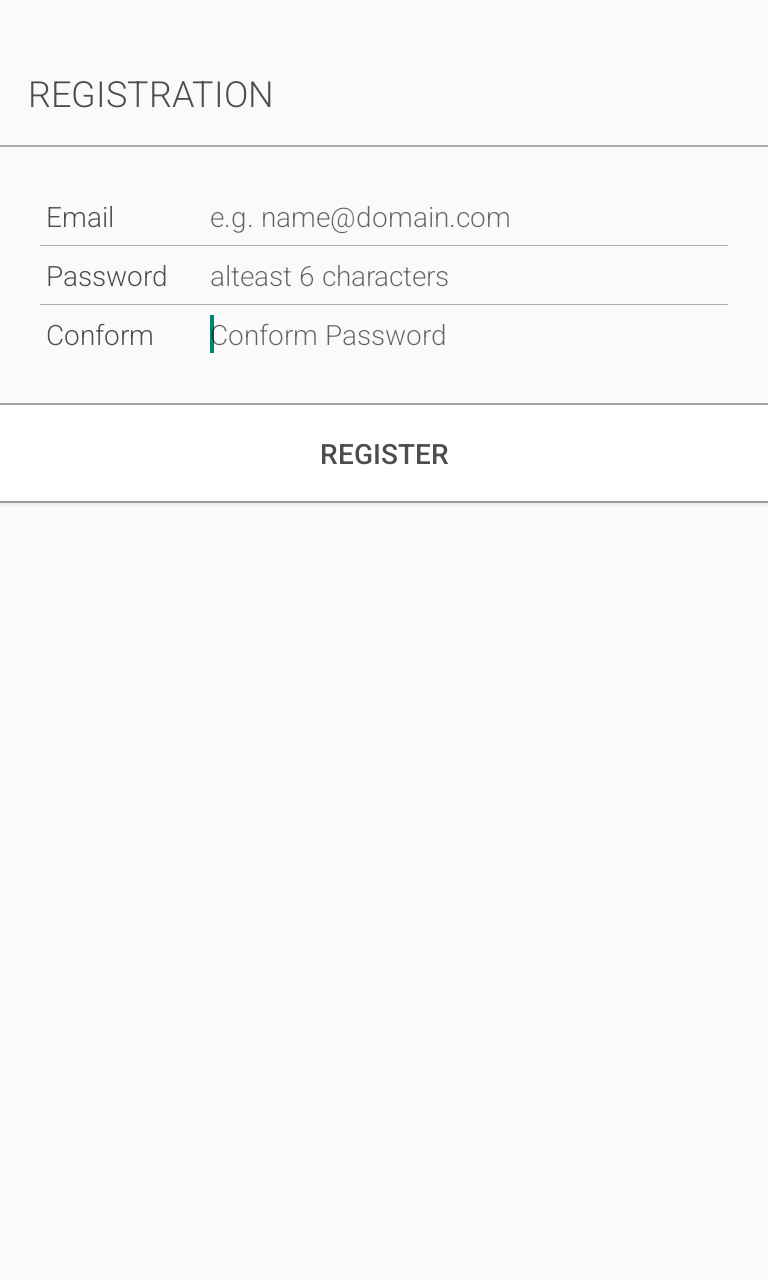
Repository: lMayuraDevani/BrentBrown
Layout: BrentBrown/res/layout/register.xml
An editor plug-in stored every save of this project. The layout is shown before and after the next save, followed by the edit.
It is drawn on a 768 x 1280 px phone screen (xhdpi) without system bars, with theme AppTheme; the app's code is not run.

Above is the layout before, as saved 2014-11-12 09:48:36.

### BrentBrown/res/layout/register.xml
<?xml version="1.0" encoding="utf-8"?>
<LinearLayout xmlns:android="http://schemas.android.com/apk/res/android"
    android:layout_width="match_parent"
    android:layout_height="match_parent"
    android:orientation="vertical" >


    <TextView
        android:id="@+id/textView1"
        android:layout_width="wrap_content"
        android:layout_height="wrap_content"
        android:layout_marginTop="20dp"
        android:padding="14dp"
        android:text="@string/registration_lable"
        android:textColor="@color/dark_gray_for_front"
        android:fontFamily="sans-serif-light"
        android:textAppearance="?android:attr/textAppearanceMedium" />


    <View
	   android:layout_width="fill_parent"
	   android:layout_height="1dp"
	   android:background="@android:color/darker_gray" />

    <LinearLayout
                android:layout_width="fill_parent"
                android:layout_height="wrap_content"
                android:padding="20dp"
                android:orientation="vertical" >

      <LinearLayout
                android:layout_width="fill_parent"
                android:layout_height="wrap_content"
                android:padding="2dp"
                android:orientation="horizontal" >

                <TextView
                    android:id="@+id/emaillbl"
                    android:layout_width="80dp"
                    android:layout_height="wrap_content"
                    android:layout_gravity="center"
                    android:padding="01dp"
                    android:text="Email"
                    android:fontFamily="sans-serif-light"
                    android:textColor="@color/dark_gray_for_front"
                    android:textAppearance="?android:attr/textAppearanceSmall" />

                <EditText
                    android:id="@+id/emailtxt"
                    android:layout_width="wrap_content"
                    android:layout_height="wrap_content"
                    android:ems="10"
                    android:hint="e.g. name@domain.com"
                    android:padding="3dp"
                    android:fontFamily="sans-serif-light"
                    android:textColor="@android:color/darker_gray"
                    android:background="@null"
                    android:textAppearance="?android:attr/textAppearanceSmall"
                    >

                    <requestFocus />
                </EditText>
            </LinearLayout>

       <View
	   android:layout_width="fill_parent"
	   android:layout_height="0.25dp"
	   android:padding="1dp"
	   android:background="@android:color/darker_gray" />

      <LinearLayout
                android:layout_width="fill_parent"
                android:layout_height="wrap_content"
                android:padding="2dp"
                android:orientation="horizontal" >

                <TextView
                    android:id="@+id/pass"
                    android:layout_width="80dp"
                    android:layout_height="wrap_content"
                    android:layout_gravity="center"
                    android:padding="01dp"
                    android:text="Password"
                    android:fontFamily="sans-serif-light"
                    android:textColor="@color/dark_gray_for_front"
                    android:textAppearance="?android:attr/textAppearanceSmall" />

                  <EditText
                    android:id="@+id/passwordtxt"
                    android:layout_width="match_parent"
                    android:layout_height="wrap_content"
                    android:ems="10"
                    android:hint="alteast 6 characters"
                    android:inputType="textPassword"
                    android:padding="3dp"
                    android:fontFamily="sans-serif-light"
                    android:textAppearance="?android:attr/textAppearanceSmall"
                    android:background="@null"
                    android:textColor="@android:color/darker_gray" >

                    <requestFocus />
                </EditText>
            </LinearLayout>

      <View
	   android:layout_width="fill_parent"
	   android:layout_height="0.25dp"
	   android:padding="1dp"
	   android:background="@android:color/darker_gray" />

            <LinearLayout
                android:layout_width="fill_parent"
                android:layout_height="wrap_content"
                android:padding="2dp"
                android:orientation="horizontal" >

                <TextView
                    android:id="@+id/conformpass"
                    android:layout_width="80dp"
                    android:layout_height="wrap_content"
                    android:layout_gravity="center"
                    android:padding="01dp"
                    android:text="Conform"
                    android:fontFamily="sans-serif-light"
                    android:textColor="@color/dark_gray_for_front"
                    android:textAppearance="?android:attr/textAppearanceSmall" />

                <EditText
                    android:id="@+id/cpasswordtxt"
                    android:layout_width="match_parent"
                    android:layout_height="wrap_content"
                    android:ems="10"
                    android:hint="Conform Password"
                    android:inputType="textPassword"
                    android:padding="3dp"
                    android:fontFamily="sans-serif-light"
                    android:background="@null"
                    android:textAppearance="?android:attr/textAppearanceSmall"
                    android:textColor="@android:color/darker_gray" >

                    <requestFocus />
                </EditText>
            </LinearLayout>
      </LinearLayout>

     <View
	   android:layout_width="fill_parent"
	   android:layout_height="1dp"
	   android:background="@android:color/darker_gray" />

       <Button
                android:id="@+id/register"
                android:layout_width="fill_parent"
                android:layout_height="wrap_content"
                android:layout_below="@+id/login"
                android:background="@android:color/white"
                android:textColor="@color/dark_gray_for_front"
                android:text="Register" />

         <View
	   android:layout_width="fill_parent"
	   android:layout_height="1dp"
	   android:background="@android:color/darker_gray" />

</LinearLayout>

### BrentBrown/res/values/styles.xml
<resources xmlns:android="http://schemas.android.com/apk/res/android">

    <style name="AppBaseTheme" parent="Theme.AppCompat"></style>

    <!-- Application theme. -->
    <style name="AppTheme" parent="AppBaseTheme">
        <item name="actionBarStyle">@style/CustomizedActionbar</item>
        <item name="actionBarTabStyle">@style/CustomizedActionbarTabs</item>
        <item name="android:actionBarStyle">@style/CustomizedActionbar</item>
        <item name="android:actionBarTabStyle">@style/CustomizedActionbarTabs</item>
    </style>

    <!-- ActionBar styles -->
    <style name="CustomizedActionbar" parent="@style/Widget.AppCompat.ActionBar">
        <item name="android:background">@color/ActionBarColor</item>

        <!-- Support library compatibility -->
        <item name="background">@color/ActionBarColor</item>
        <item name="android:divider">@drawable/tabdivider</item>
    </style>

    <!-- ActionBar tabs styles -->
    <style name="CustomizedActionbarTabs" parent="@style/Widget.AppCompat.ActionBar.TabView">

        <!-- tab indicator -->
        <item name="android:background">@drawable/actionbar_tab_indicator</item>
        <item name="android:divider">@drawable/tabdivider</item>

        <!-- Support library compatibility -->
        <item name="background">@drawable/actionbar_tab_indicator</item>
    </style>

</resources>

### BrentBrown/res/drawable/actionbar_tab_indicator.xml
<?xml version="1.0" encoding="utf-8"?>
<selector xmlns:android="http://schemas.android.com/apk/res/android">

<!-- STATES WHEN BUTTON IS NOT PRESSED -->

    <!-- Non focused states -->
    <item android:state_focused="false" android:state_selected="false"
          android:state_pressed="false"

          android:drawable="@drawable/tab_unselected" />
    <item android:state_focused="false" android:state_selected="true"
          android:state_pressed="false"

          android:drawable="@drawable/tab_selected" />

    <!-- Focused states (such as when focused with a d-pad or mouse hover) -->
    <item android:state_focused="true" android:state_selected="false"
          android:state_pressed="false"
          android:drawable="@drawable/tab_unselected_focused" />
    <item android:state_focused="true" android:state_selected="true"
          android:state_pressed="false"
          android:drawable="@drawable/tab_selected_focused" />


<!-- STATES WHEN BUTTON IS PRESSED -->

    <!-- Non focused states -->
    <item android:state_focused="false" android:state_selected="false"
          android:state_pressed="true"
          android:drawable="@drawable/tab_unselected_pressed" />
    <item android:state_focused="false" android:state_selected="true"
        android:state_pressed="true"
        android:drawable="@drawable/tab_selected_pressed" />

    <!-- Focused states (such as when focused with a d-pad or mouse hover) -->
    <item android:state_focused="true" android:state_selected="false"
          android:state_pressed="true"
          android:drawable="@drawable/tab_unselected_pressed" />
    <item android:state_focused="true" android:state_selected="true"
          android:state_pressed="true"
          android:drawable="@drawable/tab_selected_pressed" />
</selector>

### BrentBrown/res/drawable/tabdivider.xml
<?xml version="1.0" encoding="utf-8"?>
<shape xmlns:android="http://schemas.android.com/apk/res/android"
    android:shape="line"  >

      <size android:width="2dp" android:height="10dp"/>
    <solid android:color="@color/BorderGrayColor" />
    <padding android:left="15dp" android:top="15dp" />

</shape>

### BrentBrown/res/values/color.xml
<?xml version="1.0" encoding="utf-8"?>
<resources>

    <color name="gray_list_item">#E5E5E5</color>
    <color name="gray_backgroound">#EEEEEE</color>
    <color name="gray_border">#b6b6b6</color>
    <color name="ActionBarColor">#25C389</color>
    <color name="BorderGrayColor">#CED8D8</color>
    <color name="OrangeTabColor">#F5963C</color>
    <color name="TurquoiseBlueTabColor">#05AEAA</color>
    <color name="MediumGrayBackColor">#D8D8D8</color>
    <color name="list_item_title">#444444</color>
    <color name="list_item_subtitle">#929292</color>
    <color name="dark_gray_for_front">#4d4d4d</color>



</resources>

### BrentBrown/res/drawable/tab_unselected.xml
<shape xmlns:android="http://schemas.android.com/apk/res/android"
    android:shape="rectangle" >

    <solid android:color="@color/OrangeTabColor" />

</shape>

### BrentBrown/res/drawable/tab_selected.xml
<?xml version="1.0" encoding="utf-8"?>
<shape xmlns:android="http://schemas.android.com/apk/res/android"
    android:shape="rectangle" >

    <solid android:color="@color/TurquoiseBlueTabColor" />



</shape>

### BrentBrown/res/drawable/tab_unselected_focused.xml
<shape xmlns:android="http://schemas.android.com/apk/res/android"
    android:shape="rectangle" >



   <solid android:color="@color/OrangeTabColor"/>

</shape>

### BrentBrown/res/drawable/tab_selected_focused.xml
<?xml version="1.0" encoding="utf-8"?>
<shape xmlns:android="http://schemas.android.com/apk/res/android"
    android:shape="rectangle" >



 <solid android:color="@color/TurquoiseBlueTabColor" />



</shape>

### BrentBrown/res/drawable/tab_unselected_pressed.xml
<shape xmlns:android="http://schemas.android.com/apk/res/android"
    android:shape="rectangle" >



    <solid android:color="@color/OrangeTabColor" />

</shape>

### BrentBrown/res/drawable/tab_selected_pressed.xml
<?xml version="1.0" encoding="utf-8"?>
<shape xmlns:android="http://schemas.android.com/apk/res/android"
    android:shape="rectangle" >
    <solid android:color="@color/TurquoiseBlueTabColor" />

</shape>

### BrentBrown/res/values/strings.xml
<?xml version="1.0" encoding="utf-8"?>
<resources>

    <string name="app_name"> Brent Brown</string>
    <string name="title_garage"> Garage</string>
    <string name="title_showroom"> Showroom</string>
    <string name="title_specials"> Specials</string>
    <string name="title_tools"> Tools</string>
    <string name="title_extra"> More</string>

    <string name="title_ServiceHistory">Service</string>
    <string name="title_Appointments">Appontments</string>
    <string name="title_Message">Message</string>

    <string name="hello_world">Hello world!</string>
    <string name="action_settings">Settings</string>

    <string name="menu_settings">Settings</string>
    <string name="pull_to_refresh_pull_label">Pull to refresh...</string>
    <string name="pull_to_refresh_release_label">Release to refresh...</string>
    <string name="pull_to_refresh_refreshing_label">Loading...</string>
    <string name="pull_to_refresh_tap_label">Tap to refresh...</string>
    <string name="registration_lable">REGISTRATION</string>


</resources>

Loaded but not shown: BrentBrown/res/values-v11/styles.xml (common file); BrentBrown/res/values-v14/styles.xml (common file)

After the next save:
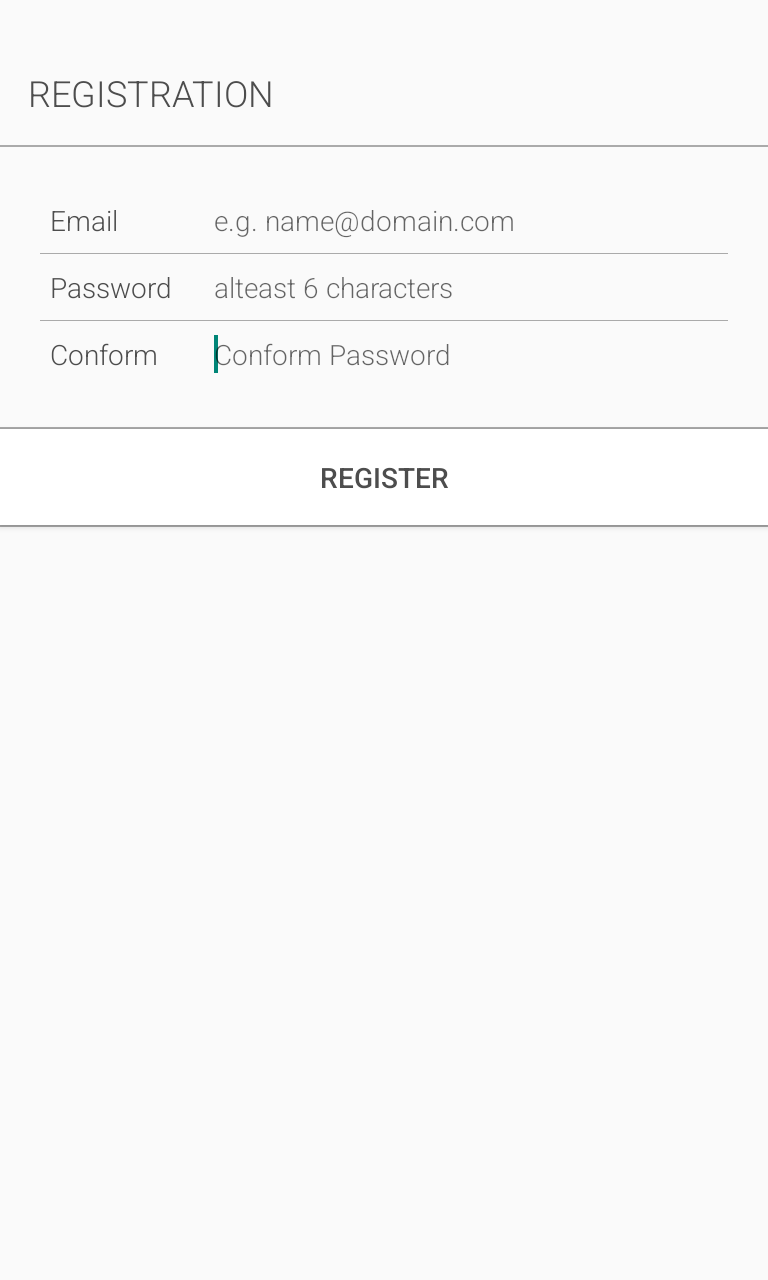
Saved 33 s later.
--- a/BrentBrown/res/layout/register.xml
+++ b/BrentBrown/res/layout/register.xml
@@ -31,7 +31,7 @@
       <LinearLayout
                 android:layout_width="fill_parent"
                 android:layout_height="wrap_content"
-                android:padding="2dp"
+                android:padding="4dp"
                 android:orientation="horizontal" >
 
                 <TextView
@@ -71,7 +71,7 @@
       <LinearLayout
                 android:layout_width="fill_parent"
                 android:layout_height="wrap_content"
-                android:padding="2dp"
+                android:padding="4dp"
                 android:orientation="horizontal" >
 
                 <TextView
@@ -111,7 +111,7 @@
             <LinearLayout
                 android:layout_width="fill_parent"
                 android:layout_height="wrap_content"
-                android:padding="2dp"
+                android:padding="4dp"
                 android:orientation="horizontal" >
 
                 <TextView
